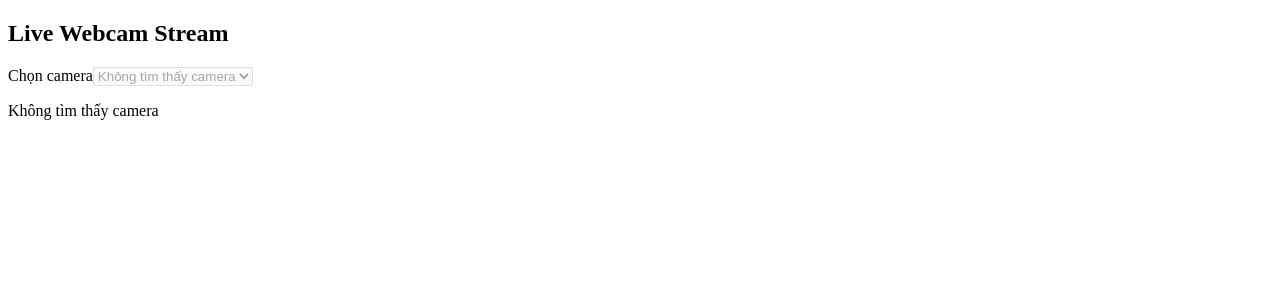
Repository: AzenKain/Traffic-Red-Light-Running-Violation-Detection
Page: / (app in client-web/client-web/)
An editor plug-in stored every save of this project. The page is shown before and after the next save, followed by the edit.
The browser window is 1280 px wide. The pictures show the whole page.
The page's requests for data from a server got no answer. The project was rebuilt for these pictures with package versions that can differ from the ones it lists, and the page was loaded fresh each time. The framework's server and built-in components were replaced by stand-ins that run in the browser. No one was signed in, and anything a server would have sent is missing.

Above is the page before, as saved 2025-03-23 00:01:20.

After the next save:
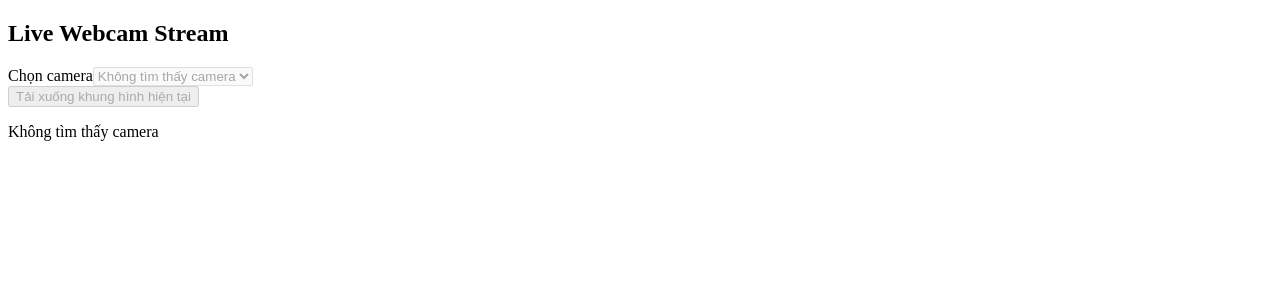
Saved 7 s later.
--- a/client-web/client-web/src/components/videostream/index.tsx
+++ b/client-web/client-web/src/components/videostream/index.tsx
@@ -134,7 +134,31 @@ export default function VideoStream() {
             )}
           </select>
         </div>
+                {/* Download button */}
+                <div className="card-actions justify-center mt-4">
+          <button
+            onClick={downloadCurrentFrame}
+            disabled={!imageSrc || isDownloading}
+            className="btn btn-primary"
+          >
+            {isDownloading ? (
+              <>
+                <span className="loading loading-spinner loading-sm"></span>
+                Đang tải xuống...
+              </>
+            ) : (
+              "Tải xuống khung hình hiện tại"
+            )}
+          </button>
+        </div>
 
+        {/* Success notification */}
+        {downloadSuccess && (
+          <div className="alert alert-success mt-4">
+            <svg xmlns="http://www.w3.org/2000/svg" className="stroke-current shrink-0 h-6 w-6" fill="none" viewBox="0 0 24 24"><path strokeLinecap="round" strokeLinejoin="round" strokeWidth="2" d="M9 12l2 2 4-4m6 2a9 9 0 11-18 0 9 9 0 0118 0z" /></svg>
+            <span>Khung hình đã được tải xuống thành công!</span>
+          </div>
+        )}
         {/* Video stream */}
         <div className="relative w-full mt-4">
           {imageSrc ? (
